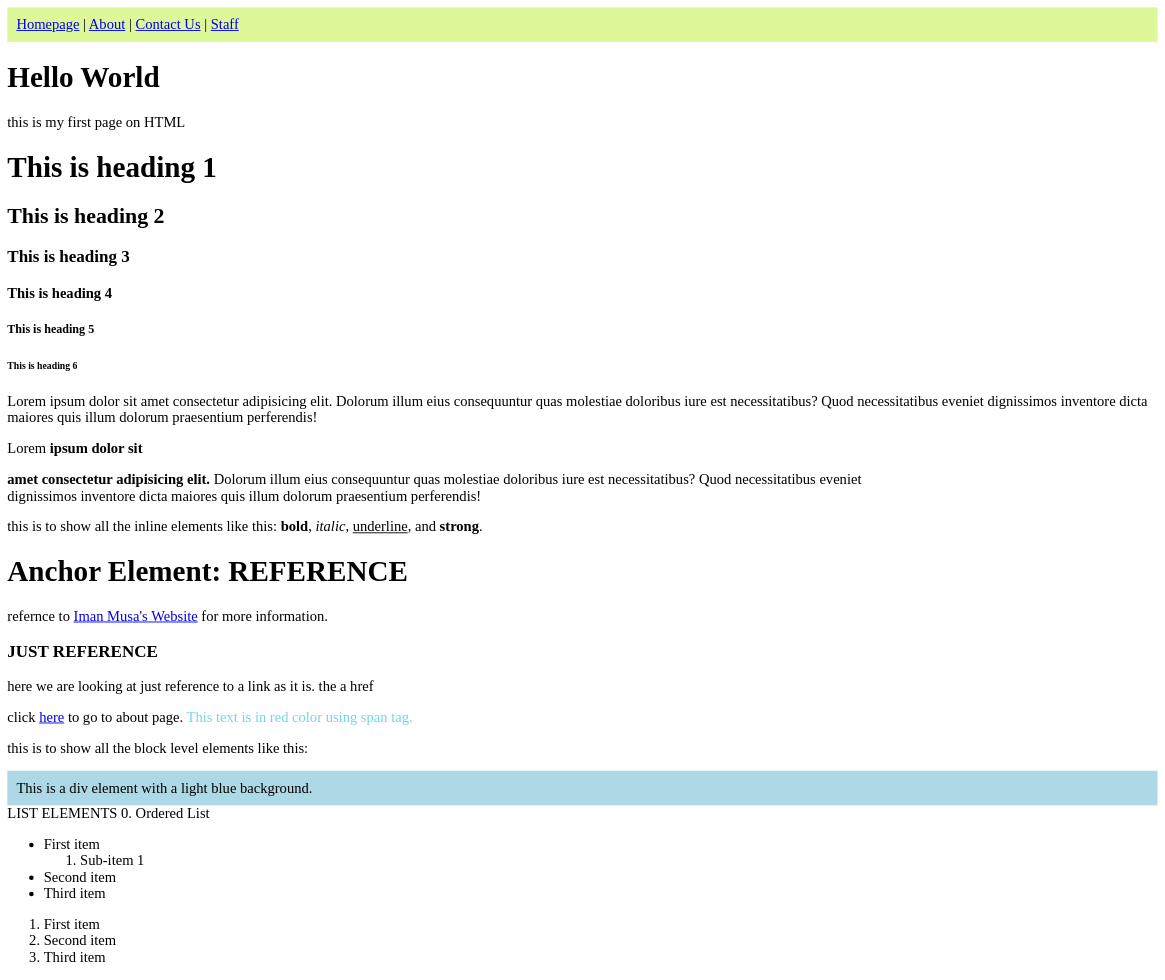
Repository: ficotims/HTML-RESTART
Page: Homepage.html
The author's editor kept a copy of each file at every save. The page is drawn from the files as they stood at one save, then again after the next save.
The browser window is 1280 px wide. The pictures show the whole page, at 91% of full size.

Above is the page before, as saved 2026-01-30 23:33:51.

### Homepage.html
<!doctype html>
<html lang="en">
  <head>
    <meta charset="UTF-8" />
    <meta name="viewport" content="width=device-width, initial-scale=1.0" />
    <title>HTML Crash course with Iman Musa</title>
  </head>
  <body>
    <!-- NAVIGATION SECTION -->
     <div style="background-color: rgb(220, 248, 153); padding: 10px">
    <a href="Homepage.html" target="_top">Homepage</a> |
    <a href="about.html">About</a> | <a href="Contact us.html">Contact Us</a> |
    <a href="staff.html">Staff</a>
     </div>

    <h1>Hello World</h1>
    <p>this is my first page on HTML</p>
    <!-- this is a comment and will not appear on the screen/ page -->
    <!-- let us introduce the headings -->
    <h1>This is heading 1</h1>
    <h2>This is heading 2</h2>
    <h3>This is heading 3</h3>
    <h4>This is heading 4</h4>
    <h5>This is heading 5</h5>
    <h6>This is heading 6</h6>

    <!-- thi is for paragraphs now -->
    <p>
      Lorem ipsum dolor sit amet consectetur adipisicing elit. Dolorum illum
      eius consequuntur quas molestiae doloribus iure est necessitatibus? Quod
      necessitatibus eveniet dignissimos inventore dicta maiores quis illum
      dolorum praesentium perferendis!
    </p>

    <p>
      Lorem <b>ipsum dolor sit <div>amet consectetur adipisicing elit.</b> Dolorum
      illum eius consequuntur quas molestiae doloribus iure est necessitatibus?
      Quod necessitatibus eveniet </div>dignissimos inventore dicta maiores quis illum
      dolorum praesentium perferendis!
    </p>


    <!-- this is for inline leve elements -->

    <p>
      this is to show all the inline elements like this: <b>bold</b>,
      <i>italic</i>, <u>underline</u>, and <strong>strong</strong>.
      <br />

      <!-- using the other inline elements: Anchor Elements (which are just links) -->
    </p>
    <h1>Anchor Element: REFERENCE</h1>
    refernce to
    <a href="https://www.google.com" target="_blank">Iman Musa's Website</a> for
    more information.
    <h3>JUST REFERENCE</h3>
    <p>here we are looking at just reference to a link as it is. the a href</p>
    click <a href="about.html" target="_blank">here</a> to go to about page.

    <!-- SPAN ELEMENT -->
    <span style="color: rgba(31, 190, 211, 0.63)">This text is in red color using span tag.</span>
    <p>
      <!-- now let us introduce the block level elements -->
      this is to show all the block level elements like this:
    </p>

    <div style="background-color: lightblue; padding: 10px">
      This is a div element with a light blue background.
    </div>

    <!-- this is LIST -->
<hi2>LIST ELEMENTS</h2>

    0. Ordered List

    <ul>
      <li>First item</li>
      <ol><li>Sub-item 1</li></ol>
      <li>Second item</li>
      <li>Third item</li>
    </ul>

    <ol>
      <li>First item</li>
      <li>Second item</li>
      <li>Third item</li>
    </ol>
  </body>
</html>

After the next save:
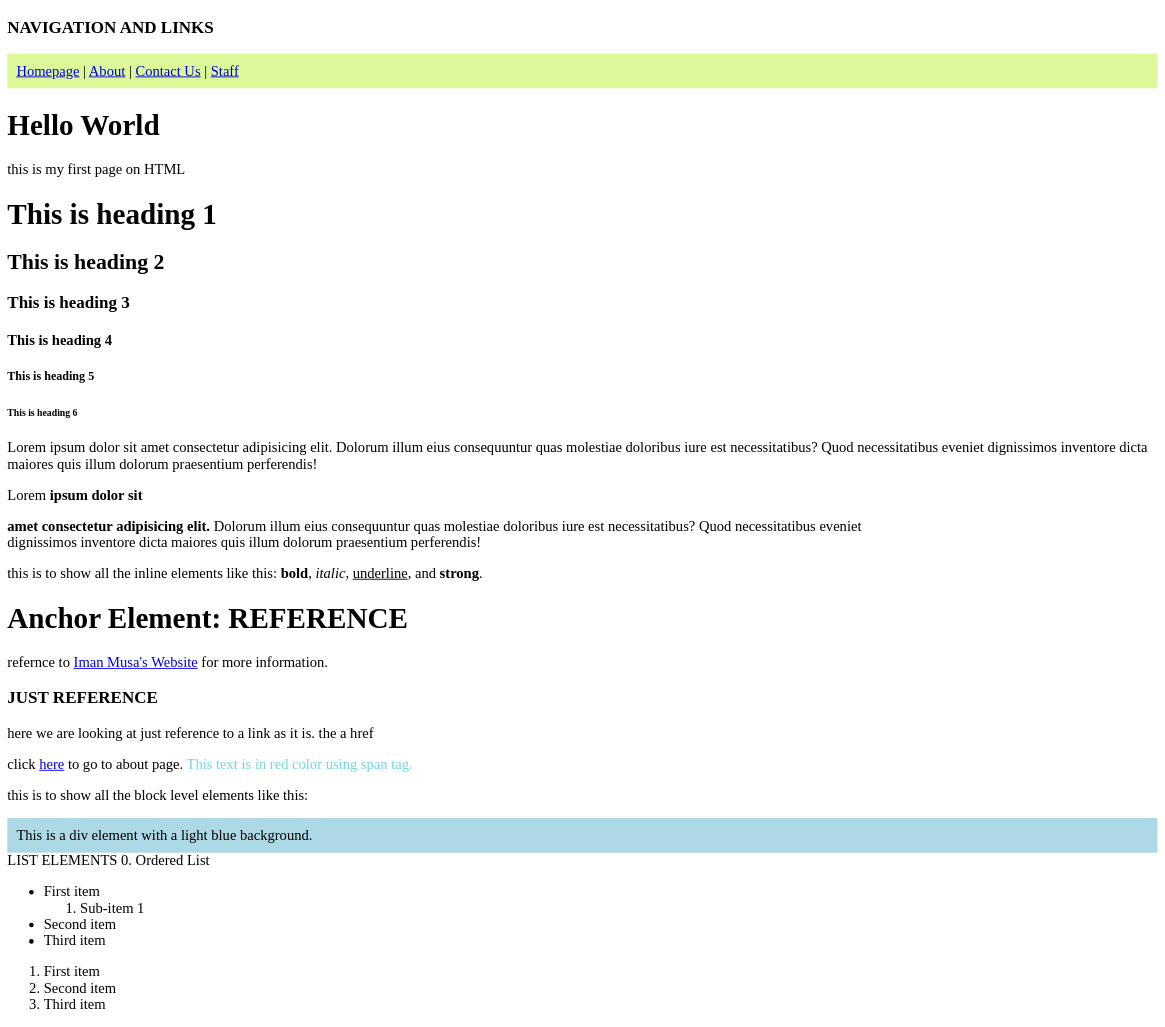
Saved 24 min 41 s later.
--- a/Homepage.html
+++ b/Homepage.html
@@ -6,6 +6,7 @@
     <title>HTML Crash course with Iman Musa</title>
   </head>
   <body>
+    <h3>NAVIGATION AND LINKS</h3>
     <!-- NAVIGATION SECTION -->
      <div style="background-color: rgb(220, 248, 153); padding: 10px">
     <a href="Homepage.html" target="_top">Homepage</a> |
